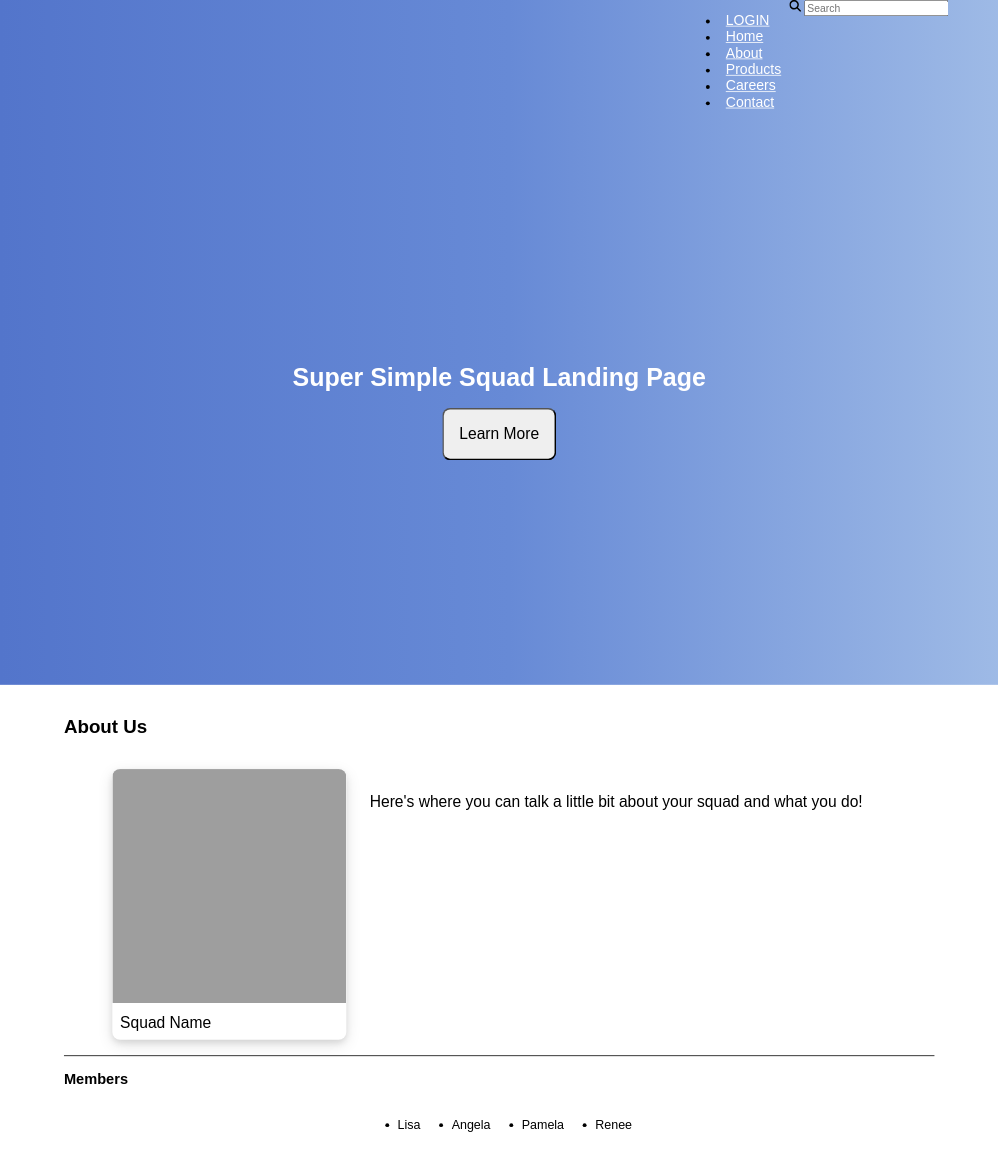
Repository: 365dayschallenge/interface_uniliver
Page: careers.html
The author's editor kept a copy of each file at every save. The page is drawn from the files as they stood at one save, then again after the next save.
The browser window is 1280 px wide. The pictures show the whole page, at 78% of full size.
Pictures or frames that could not be fetched are drawn as grey boxes. Some web fonts or font styles are not loaded; a fallback is used.

Above is the page before, as saved 2022-12-19 15:15:52.

After the next save:
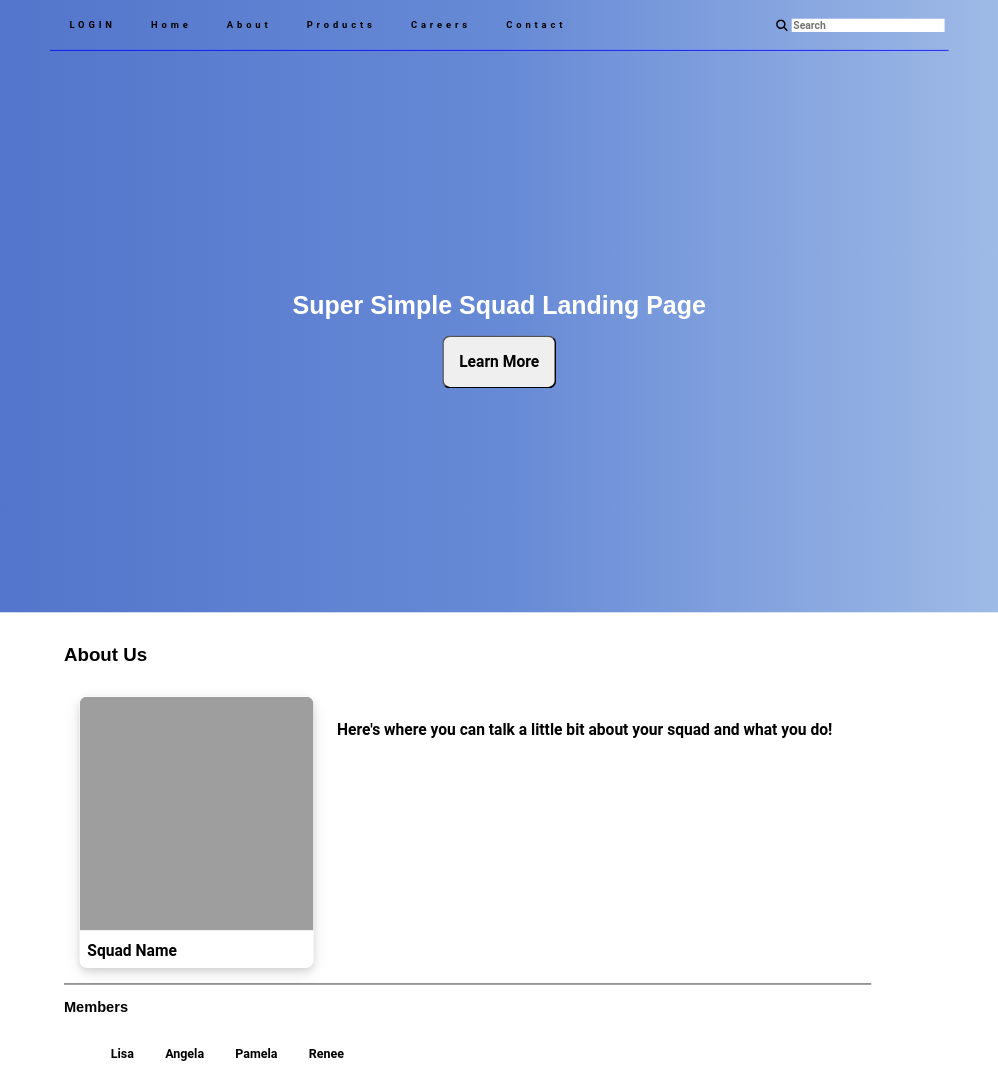
Saved 21 s later.
--- a/careers.html
+++ b/careers.html
@@ -6,6 +6,7 @@
 <meta charset="UTF-8">
 <meta name="viewport" content="width=device-width, initial-scale=1">
 <link rel="stylesheet" href="./css/careers.css">
+<link rel="stylesheet" href="./styles.css">
 </head>
  <body>
      <nav class="navbar">
